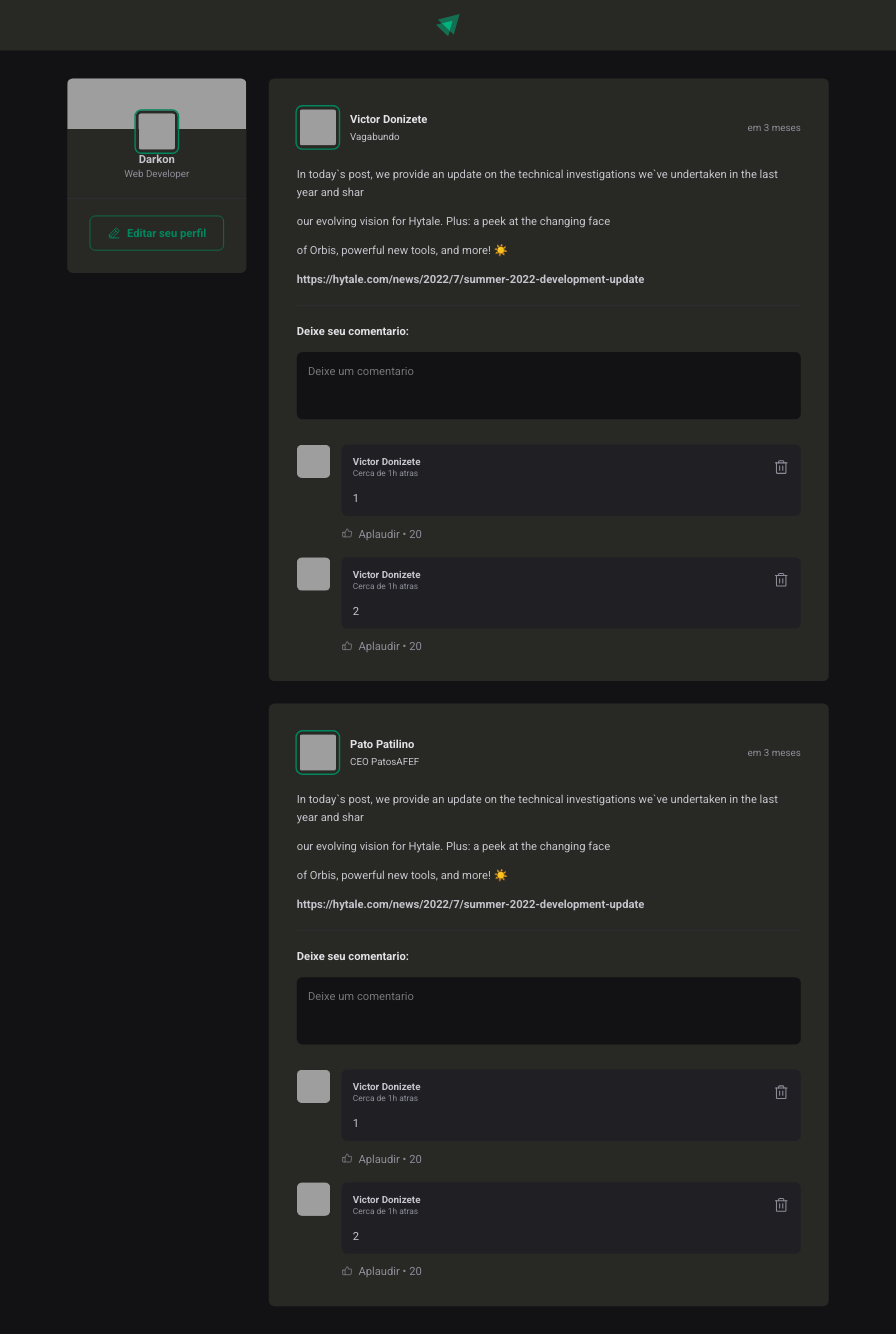
Repository: viviij/PseudoRedeSocial
Page: /
These files come from the project's save history. The page is drawn as it stood at one moment and after the next save; the edit follows.
The browser window is 1280 px wide. The pictures show the whole page, at 70% of full size.
Pictures or frames that could not be fetched are drawn as grey boxes. The project was rebuilt for these pictures with package versions that can differ from the ones it lists, and the page was loaded fresh each time. Also part of the build but not shown: vite.config.js.

Above is the page before, as saved 2022-10-20 17:45:09.

### index.html
<!DOCTYPE html>
<html lang="en">
  <head>
    <meta charset="UTF-8" />
    <link rel="preconnect" href="https://fonts.googleapis.com">
    <link rel="preconnect" href="https://fonts.gstatic.com" crossorigin>
    <link rel="icon" type="image/svg+xml" href="/vite.svg" />
    <meta name="viewport" content="width=device-width, initial-scale=1.0" />
    <link href="https://fonts.googleapis.com/css2?family=Roboto:wght@400;700&display=swap" rel="stylesheet">
    <title>RedeSocial</title>
  </head>
  <body>
    <div id="root"></div>
    <script type="module" src="/src/main.jsx"></script>
  </body>
</html>

### src/App.jsx
import { Header } from "./components/header";
import { Sidebar } from "./components/Sidebar"
import { Post } from "./components/Post"

import styles from "./App.module.css"
import "./global.css"

const posts = [
  {
    id: 1,
    author: {
      avatarUrl: 'https://github.com/viviij.png',
      name: 'Victor Donizete',
      role: 'Vagabundo'
    },
    content: [
      {type: 'paragraph', content:  'In today`s post, we provide an update on the technical investigations we`ve undertaken in  the last year and shar'},
      {type: 'paragraph', content: 'our evolving vision for Hytale. Plus: a peek at the changing face'},
      {type: 'paragraph', content: 'of Orbis, powerful new tools, and more! ☀️'},
      {type: 'link', content: 'https://hytale.com/news/2022/7/summer-2022-development-update'},
    ],
    publishedAt: new Date('2022-10-15 20:00:00'),
  },

  {
    id: 2,
    author: {
      avatarUrl: 'https://github.com/pato.png',
      name: 'Pato Patilino',
      role: 'CEO PatosAFEF'
    },
    content: [
      {type: 'paragraph', content:  'In today`s post, we provide an update on the technical investigations we`ve undertaken in  the last year and shar'},
      {type: 'paragraph', content: 'our evolving vision for Hytale. Plus: a peek at the changing face'},
      {type: 'paragraph', content: 'of Orbis, powerful new tools, and more! ☀️'},
      {type: 'link', content: 'https://hytale.com/news/2022/7/summer-2022-development-update'},
    ],
    publishedAt: new Date('2022-10-17 20:00:00'),
  }
]

export function App() {
  return (
    <div>
      <Header />

      <div className={styles.wrapper}>
        <Sidebar />
        <main>
          {posts.map(post => {
            return (
            <Post
              author={post.author}
              content={post.content}
              publishedAt={post.publishedAt}

            />
          )
          })}
        </main>
      </div>
    </div>
  )
}

### src/components/header.jsx
import styles from "./Header.module.css"

import IgniteLogo from '../assets/IgniteLogo.svg'

export function Header() {
  return (
    <header className={styles.header}>
      <img src={IgniteLogo} alt="Logo da ignite" />
    </header>
  )
}

### src/components/Sidebar.jsx
import styles from "./Sidebar.module.css"
import { PencilLine } from "phosphor-react"
import { Avatar } from "./Avatar"

export function Sidebar() {
  return (
    <aside className={styles.sidebar}>
      <img
        className={styles.cover}
        src="https://images.unsplash.com/photo-1659095579647-7c1bbc73b36f?ixlib=rb-1.2.1&ixid=MnwxMjA3fDB8MHxlZGl0b3JpYWwtZmVlZHw1fHx8ZW58MHx8fHw%3D&auto=format&fit=crop&w=500&q=10" alt="plano de fundo"
      />

      <div className={styles.profile}>
        <Avatar
          src="https://github.com/viviij.png"
          alt="Foto de perfil"
        />

        <strong>Darkon</strong>
        <span>Web Developer</span>
      </div>

      <footer>
        <a
          href="#">
          <PencilLine
            size={20}
          />
          Editar seu perfil
        </a>
      </footer>
    </aside>
  )
}

### src/components/Post.jsx
import { format, formatDistanceToNow } from 'date-fns'
import ptBR from 'date-fns/locale/pt-BR'
import {useState} from 'react'

import { Avatar } from "./Avatar"
import { Comment } from "./Comment"
import styles from "./Post.module.css"

export function Post({ author, publishedAt, content }) {

  const [comments, setComments] = useState([
    1,
    2,
  ])

  const publishedDateFormatted = format(publishedAt, "d 'de' LLLL 'às' HH:mm'h'", {
    locale: ptBR,
  })

  const publishedDateRelativeToNow = formatDistanceToNow(publishedAt, {
    locale: ptBR,
    addSuffix: true,
  })

  function createNewComment (){
    event.preventDefault()

    setComments([...comments, comments.lenght + 1])
    console.log(comments)
  }
  return (
    <article className={styles.post}>
      <header>
        <div className={styles.author}>
          <Avatar src={author.avatarUrl} alt="Foto do perfil" />
          <div className={styles.authorInfo}>
            <strong>{author.name}</strong>
            <span>{author.role}</span>
          </div>
        </div>
        <time title={publishedDateFormatted} dateTime={publishedAt.toISOString()}>{publishedDateRelativeToNow}</time>
      </header>

      <div className={styles.content}>
        {content.map(line => {
          if (line.type == 'paragraph') {
            return <p>{line.content}</p>;
          } else if (line.type == 'link' ) {
            return <p><a href="#">{line.content}</a></p>
          }
        })}
      </div>

      <form onSubmit={createNewComment} className={styles.commentForm}>
        <strong>Deixe seu comentario: </strong>

        <textarea
          placeholder="Deixe um comentario"
        />
        <footer>
          <button type="submit">Comentar</button>

        </footer>
      </form>

      <div className={styles.commentList}>
        {comments.map(comment => {
          return <Comment content={comment}/>
        })}

      </div>
    </article>
  )
}

### src/App.module.css
.wrapper {
  max-width: 70rem;
  margin: 2rem auto;
  padding: 0.5rem 1rem;

  display: grid;
  grid-template-columns: 256px 1fr;
  gap: 2rem;
  align-items: flex-start;

}

@media(max-width: 768px) {
  html {
    font-size: 84.375%;
    /*13.5px*/
  }

  .wrapper {
    grid-template-columns: 1fr;
  }
}

### src/global.css
:root {
  --white: #ffffff;

  --gray-100: #e1e1e6;
  --gray-300: #c4c4cc;
  --gray-400: #8d8d99;
  --gray-600: #323238;
  --gray-700: #29292e;
  --grey-750: #202024;
  --gray-800: #282824;
  --gray-900: #121214;

  --green-300: #00B37E;
  --green-500: #00875f;

  --red-500: #F75A68;
}

:focus {
  outline: transparent;
  box-shadow: 0 0 0 2px var(--green-500)
}

* {
  margin: 0;
  padding: 0;
  box-sizing: border-box;
}

body {
  background: var(--gray-900);
  color: var(--gray-300);
  -webkit-font-smoothing: antialiased;
}

body,
input,
textarea,
button {
  font-family: 'Roboto', sans-serif;
  font-weight: 400;
  font-size: 1rem;
}

### src/components/Sidebar.module.css
.sidebar {
  background: var(--gray-800);
  border-radius: 8px;
  overflow: hidden;
}

.cover {
  width: 100%;
  height: 72px;
  object-fit: cover;
}

.profile {
  display: flex;
  flex-direction: column;
  align-items: center;

  margin-top: calc(0px - 1.5rem - 6px);
}


.prfile strong {
  margin: 1rem;
  color: var(--gray-100);
  line-height: 1.6;
}

.profile span {
  font-size: 0.875rem;
  color: var(--gray-400);
  line-height: 1.6;
}

.sidebar footer {
  border-top: 1px solid var(--gray-600);
  margin-top: 1.5rem;
  padding: 1.5rem 2rem 2rem;
}

.sidebar footer a {
  width: 100%;
  background: transparent;
  color: var(--green-500);
  border: 1px solid var(--green-500);
  border-radius: 8px;
  height: 50px;
  padding: 0 1.5rem;
  font-weight: bold;
  display: block;
  text-decoration: none;

  display: flex;
  align-items: center;
  justify-content: center;

  gap: 0.5rem;

  transition: color 0.5s, background-color 0.5s;
}

.sidebar footer a:hover {
  background: var(--green-500);
  color: var(--white)
}

### src/components/Avatar.jsx
import styles from "./Avatar.module.css"

export function Avatar({ hasBorder = true, src }) {
  return (
    <img
      src={src}
      className={hasBorder ? styles.avatarWithBorder : styles.avatar}
    />
  )
}

### src/components/Comment.jsx
import { ThumbsUp, Trash } from "phosphor-react"
import { Avatar } from "./Avatar"
import styles from "./Comment.module.css"

export function Comment({content}) {
  return (
    <div className={styles.comment}>
      <Avatar hasBorder={false} src="https://github.com/viviij.png" alt="Imagem de perfil" />

      <div className={styles.commentBox}>
        <div className={styles.commentContent}>
          <header>
            <div className={styles.authorAndTime}>
              <strong>Victor Donizete</strong>
              <time
                title="1 de agosto as 00:13h"
                dateTime="2022-05-11 00:13:46">Cerca de 1h atras
              </time>
            </div>

            <button title="deletar comentario">
              <Trash size={24} />
            </button>
          </header>

          <p>{content}</p>
        </div>

        <footer>
          <button>
            <ThumbsUp />
            Aplaudir <span>20</span>
          </button>
        </footer>
      </div>
    </div>
  )
}

### src/components/Post.module.css
.post {
  background: var(--gray-800);
  border-radius: 8px;
  padding: 2.5rem;
}

.post+.post {
  margin-top: 2rem;
}

.content {
  line-height: 1.6;
  color: var(--gray-300);
  margin-top: 1.5rem;
}

.content p {
  margin-top: 1rem;
}

.content a {
  font-weight: bold;
  color: var(--gray-500);
  text-decoration: none;
}

.content a:hover {
  color: var(--green-300);
}

.post>header {
  display: flex;
  align-items: center;
  justify-content: space-between;
}

.post>header time {
  font-size: 0.875rem;
  color: var(--gray-400);
}

.author {
  display: flex;
  align-items: center;
  gap: 1rem;
}

.author img {
  width: calc(3rem + 12px);
  height: calc(3rem + 12px);
  border-radius: 8px;
  border: 4px solid var(--gray-800);
  outline: 2px solid var(--green-500);
}

.authorInfo strong {
  display: block;
  color: var(--gray-100);
  line-height: 1.6;
}

.authorInfo span {
  display: block;
  font-size: 0.875rem;
  color: var(--grey-400);
  line-height: 1.6;
}

.commentForm {
  width: 100%;
  margin-top: 1.5rem;
  padding-top: 1.5rem;
  border-top: 1px solid var(--gray-600);
}

.commentForm>strong {
  line-height: 1.6;
  color: var(--gray-100);
}

.commentForm textarea {
  width: 100%;
  background: var(--gray-900);
  border: 0;
  resize: none;
  height: 6rem;
  padding: 1rem;
  border-radius: 8px;
  color: var(--gray-100);
  line-height: 1.4;
  margin-top: 1rem;
}

.commentForm footer {
  visibility: hidden;
  max-height: 0;

}

.commentForm:focus-within footer {
  visibility: visible;
  max-height: none;
  transition: 1s;
}

.commentForm button[type=submit] {
  padding: 1rem 1.5rem;
  margin-top: 1rem;
  border-radius: 8px;
  border: 0;
  background: var(--green-500);
  color: var(--white);
  font-weight: bold;
  cursor: pointer;

  transition: background-color 0.5s;
}

.commentForm button[type=submit]:hover {
  background: var(--green-300);
}

.commentList {
  margin-top: 2rem;
}

### src/components/Comment.module.css
.comment {
  margin-top: 1.5rem;
  display: flex;
  gap: 1rem;
}



.commentBox {
  flex: 1;
}

.commentContent {
  background: var(--grey-750);
  border-radius: 8px;
  padding: 1rem;
}

.commentContent header {
  display: flex;
  align-items: center;
  justify-content: space-between;
}

.authorAndTime strong {
  display: block;
  font-size: 0.875rem;
  justify-content: space-between;
}

.authorAndTime time {
  display: block;
  font-size: 0.75rem;
  line-height: 1.6;
  color: var(--gray-400);
}

.commentContent header button {
  background: transparent;
  border: 0;
  color: var(--gray-400);
  cursor: pointer;
  line-height: 0;
  border-radius: 2px;
}

.commentContent header button:hover {
  color: var(--red-500);
}

.commentContent p {
  margin-top: 1rem;
  color: var(--grey-300);
}

.commentBox footer {
  margin-top: 1rem;
}

.commentBox footer button {
  background: transparent;
  border: 0;
  color: var(--gray-400);
  cursor: pointer;

  display: flex;
  align-items: center;

  border-radius: 2px;
}

.commentBox footer button:hover {
  color: var(--green-300);
}

.commentBox footer button svg {
  margin-right: 0.5rem;
}

.commentBox footer button span::before {
  padding: 0.25rem;
  content: "\2022";
}

Loaded but not shown: src/main.jsx (common file); src/components/Header.module.css (common file); src/components/Avatar.module.css (common file)

After the next save:
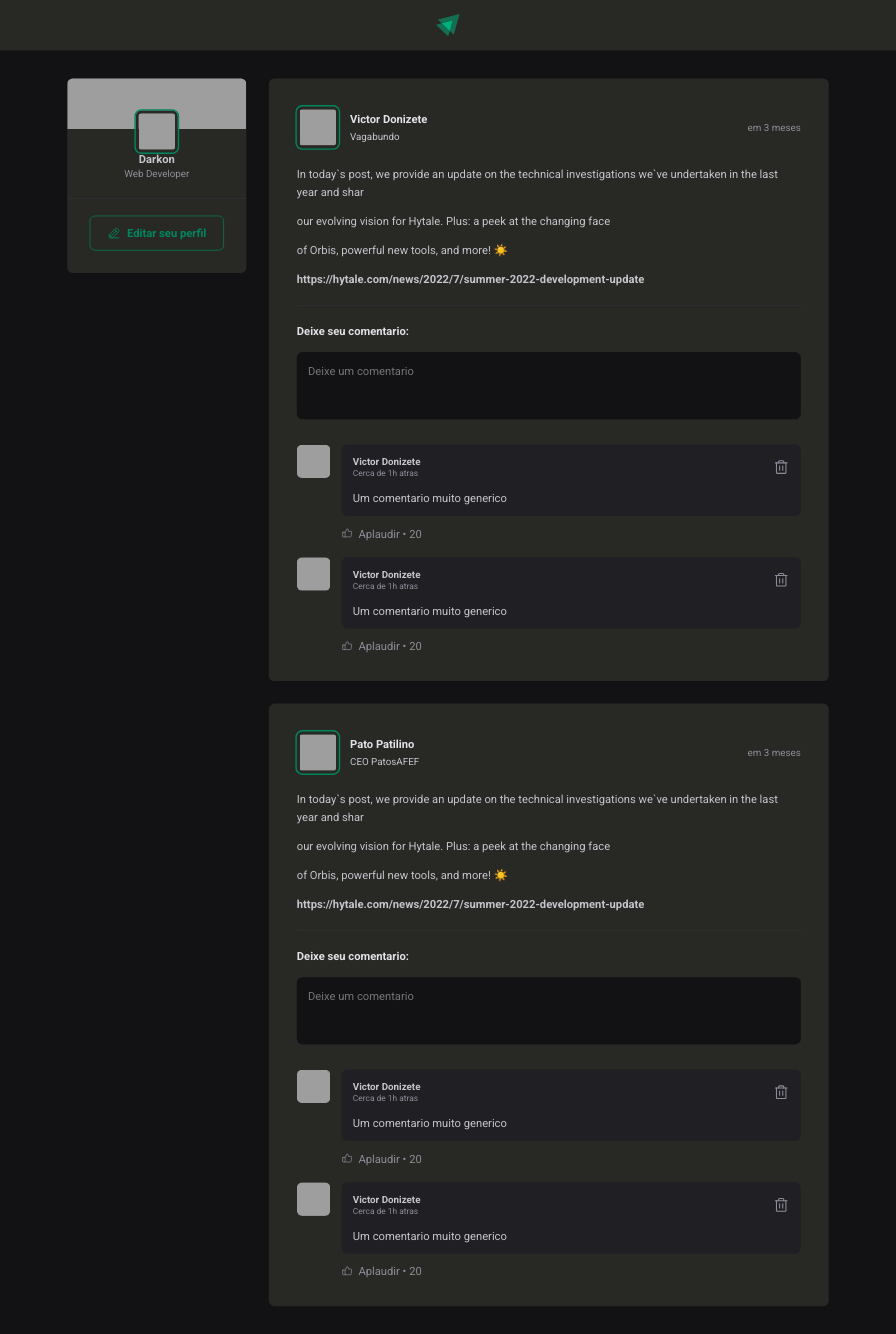
Saved 6 min 29 s later.
--- a/src/components/Comment.jsx
+++ b/src/components/Comment.jsx
@@ -2,7 +2,7 @@ import { ThumbsUp, Trash } from "phosphor-react"
 import { Avatar } from "./Avatar"
 import styles from "./Comment.module.css"
 
-export function Comment({content}) {
+export function Comment() {
   return (
     <div className={styles.comment}>
       <Avatar hasBorder={false} src="https://github.com/viviij.png" alt="Imagem de perfil" />
@@ -23,7 +23,7 @@ export function Comment({content}) {
             </button>
           </header>
 
-          <p>{content}</p>
+          <p>Um comentario muito generico</p>
         </div>
 
         <footer>
